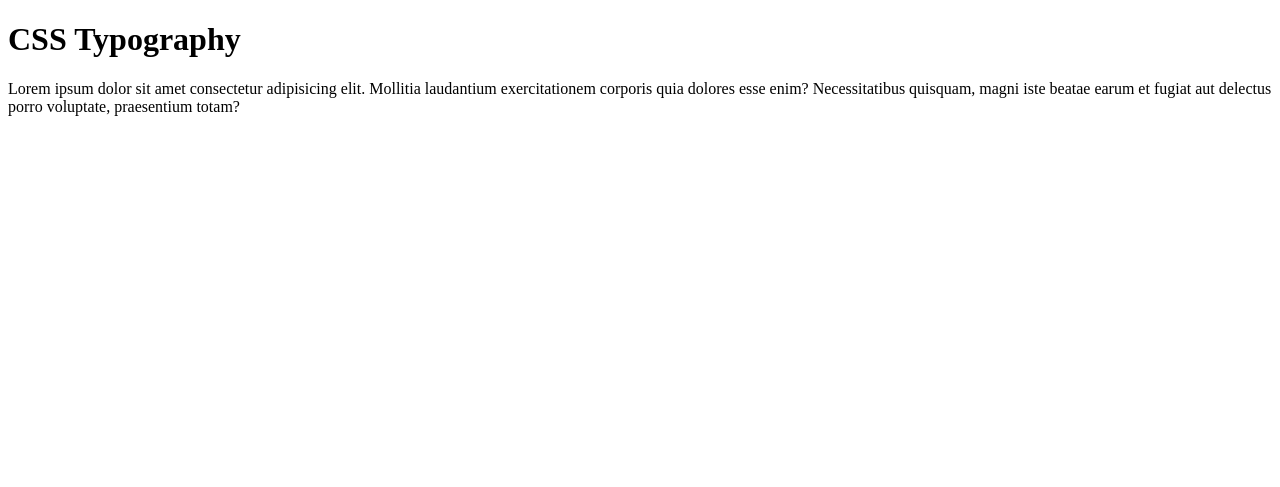
Repository: madhurik9999/Css
Page: index.html
These files come from the project's save history. The page is drawn as it stood at one moment and after the next save; the edit follows.
The browser window is 1280 px wide. The pictures show the whole page.

Above is the page before, as saved 2023-12-10 13:43:10.

After the next save:
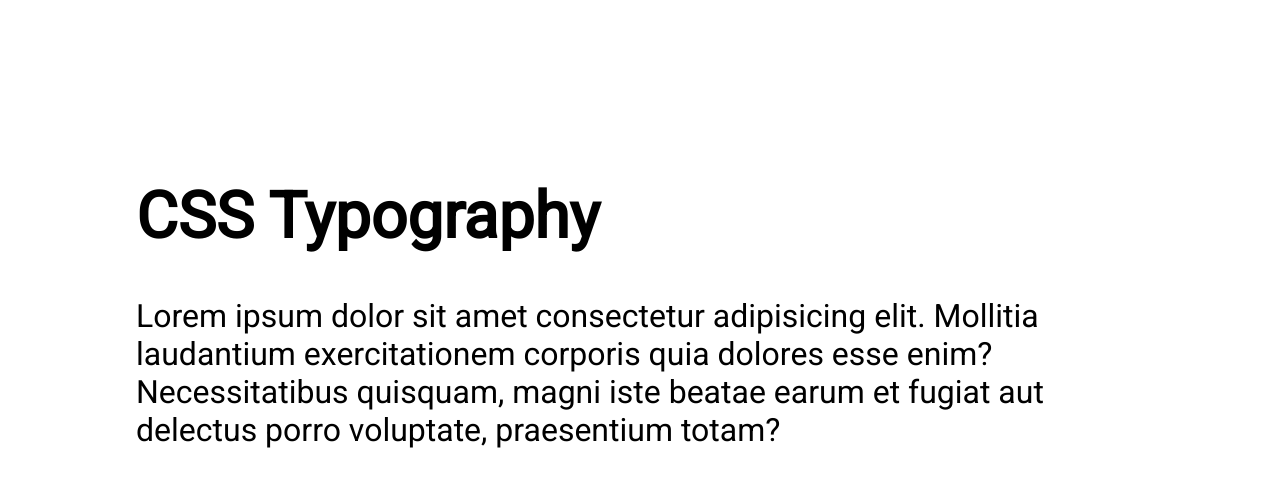
Saved 15 s later.
--- a/styles/style.css
+++ b/styles/style.css
@@ -1,7 +1,8 @@
-Links: Active,
+/* Links: Active,
 hover,
 visited,
-focus @import url('https://fonts.googleapis.com/css2?family=Roboto&display=swap');
+focus  */
+@import url('https://fonts.googleapis.com/css2?family=Roboto&display=swap');
 
 body {
     padding: 10%;
